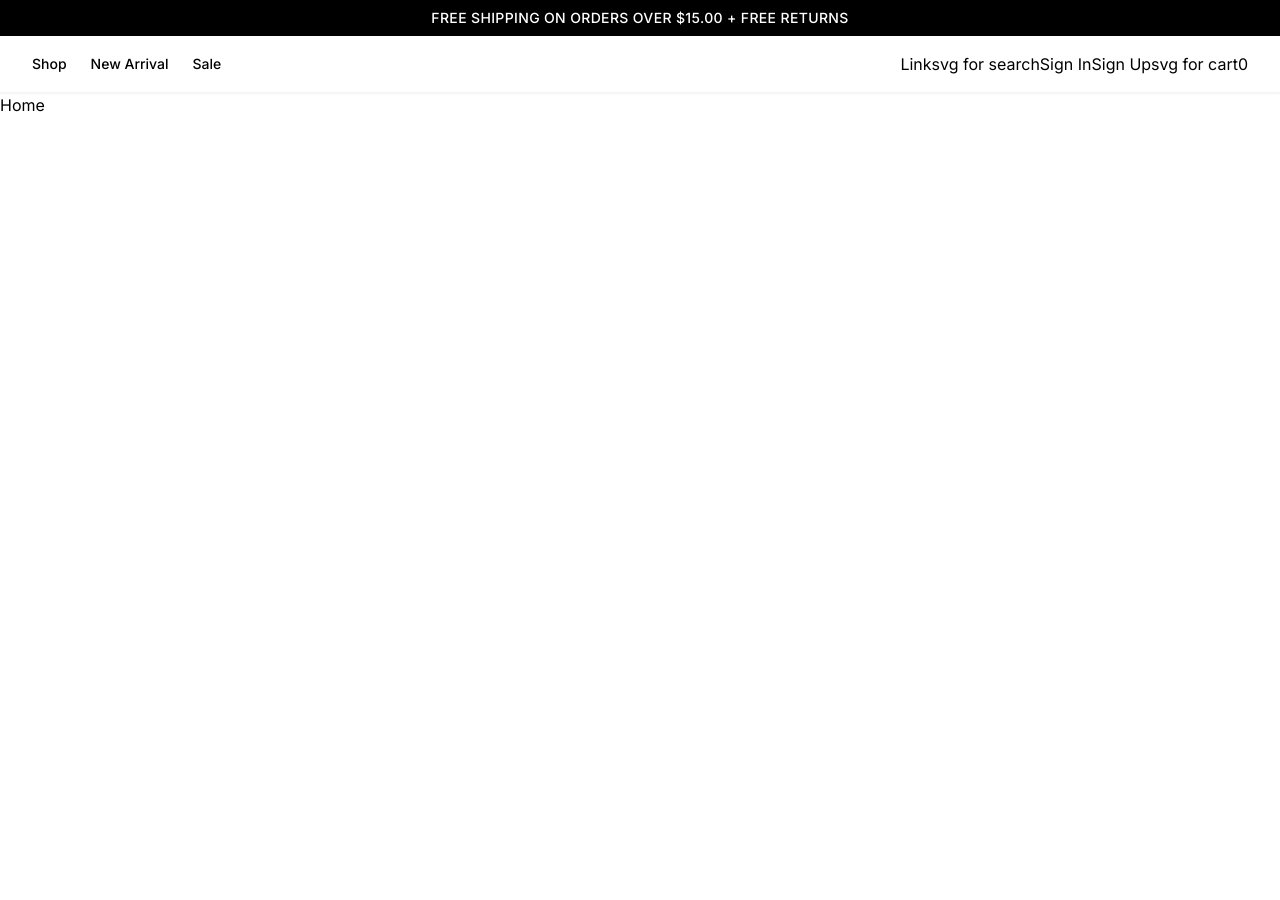
Repository: DiwanMalla/TEMU_CLONE
Page: /
An editor plug-in stored every save of this project. The page is shown before and after the next save, followed by the edit.
The browser window is 1280 px wide. The pictures show the whole page.
The project was rebuilt for these pictures with package versions that can differ from the ones it lists, and the page was loaded fresh each time. The framework's server and built-in components were replaced by stand-ins that run in the browser. Also part of the build but not shown: next.config.ts.

Above is the page before, as saved 2025-01-20 22:35:13.

### app/layout.tsx
import type { Metadata } from "next";
import "./globals.css";
import { Inter } from "next/font/google";
import Header from "@/components/layout/Header";

const inter = Inter({ subsets: ["latin"] });
export const metadata: Metadata = {
  title: "Create Next App",
  description: "Generated by create next app",
};

export default function RootLayout({
  children,
}: Readonly<{
  children: React.ReactNode;
}>) {
  return (
    <html lang="en">
      <body
        className={`${inter.className} antialiased bg-white min-h-[125vh] text-black`}
      >
        <Header />
        {children}
      </body>
    </html>
  );
}

### app/page.tsx
import Header from "@/components/layout/Header";

const page = () => {
  return <div>Home</div>;
};

export default page;

### components/layout/Header.tsx
"use client";
import Link from "next/link";
import { useEffect, useState } from "react";

const AnnounecementBar = () => {
  return (
    <div className="w-full bg-black py-2">
      <div className="container mx-auto flex items-center justify-center px-3">
        <span className="text-center text-sm font-medium tracking-wide text-white">
          FREE SHIPPING ON ORDERS OVER $15.00 + FREE RETURNS
        </span>
      </div>
    </div>
  );
};
const Header = () => {
  const [isOpen, setIsOpen] = useState(false);
  const [prevScrollY, setPrevScrollY] = useState<number>(0);
  useEffect(() => {
    const handleScroll = () => {
      const currentScrollY = window.scrollY;
      const scrolledUp = currentScrollY < prevScrollY;
      if (scrolledUp) {
        setIsOpen(true);
      } else if (currentScrollY > 100) {
        setIsOpen(false);
      }
      setPrevScrollY(currentScrollY);
    };
    setPrevScrollY(window.scrollY);
    window.addEventListener("scroll", handleScroll);
    return () => {
      window.removeEventListener("scroll", handleScroll);
    };
  }, [prevScrollY]);
  return (
    <header className="w-full sticky top-0 z-50">
      <div
        className={`w-full transform transition-transform duration-300 ease-in-out ${
          isOpen ? `translate-y-0` : "-translate-y-full"
        }`}
      >
        <AnnounecementBar />
        <div className="w-full flex justify-between items-center py-3 sm:py-4 bg-white/80 shadow-sm border-b border-gray-100 backdrop-blur-sm">
          <div className="flex justify-between items-center container mx-auto px-8">
            <div className="flex flex-1 justify-start items-center gap-4 sm:gap-6">
              <button className="text-gray-700 hover:text-gray-900 md:hidden">
                <svg
                  xmlns="http://www.w3.org/2000/svg"
                  className="h-5 w-5 sm:h-6 sm:w-6 block lg:hidden"
                  fill="none"
                  viewBox="0 0 24 24"
                  stroke="currentColor"
                  strokeWidth={2}
                >
                  <path
                    strokeLinecap="round"
                    strokeLinejoin="round"
                    d="M4 6h16M4 12h16M4 18h16"
                  />
                </svg>
              </button>
              <nav className="hidden md:flex gap-4 lg:gap-6 text-sm font-medium">
                <Link href="#">Shop</Link>
                <Link href="#">New Arrival</Link>
                <Link href="#">Sale</Link>
              </nav>
            </div>
            <Link href="#">Link</Link>
            <div>
              <button> svg for search</button>
              <Link href="/auth/sign-in">Sign In</Link>
              <Link href="/auth/sign-up">Sign Up</Link>
              <button>
                svg for cart
                <span>0</span>
              </button>
            </div>
          </div>
        </div>
      </div>
    </header>
  );
};

export default Header;

Loaded but not shown: app/globals.css (common file); tailwind.config.ts (common file)

After the next save:
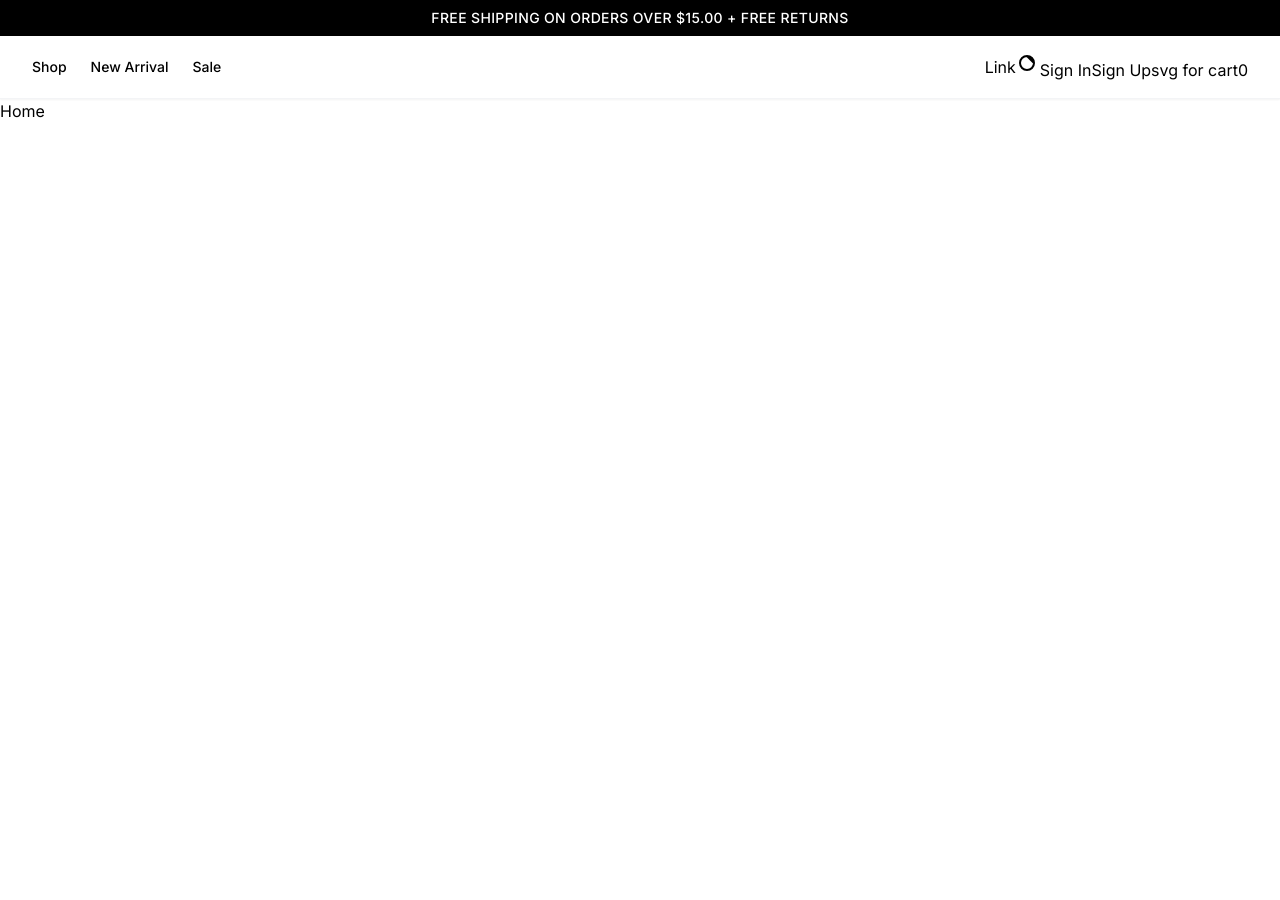
Saved 37 s later.
--- a/components/layout/Header.tsx
+++ b/components/layout/Header.tsx
@@ -68,7 +68,22 @@ const Header = () => {
             </div>
             <Link href="#">Link</Link>
             <div>
-              <button> svg for search</button>
+              <button>
+                <svg
+                  xmlns="http://www.w3.org/2000/svg"
+                  className="h-5 w-5 sm:h-6 sm:w-6"
+                  fill="none"
+                  viewBox="0 0 24 24"
+                  stroke="currentColor"
+                  strokeWidth={2}
+                >
+                  <path
+                    strokeLinecap="round"
+                    strokeLinejoin="round"
+                    d="M11 4a7 7 0 100 14 7 7 0 000-14zm0 0l7 7"
+                  />
+                </svg>
+              </button>
               <Link href="/auth/sign-in">Sign In</Link>
               <Link href="/auth/sign-up">Sign Up</Link>
               <button>
